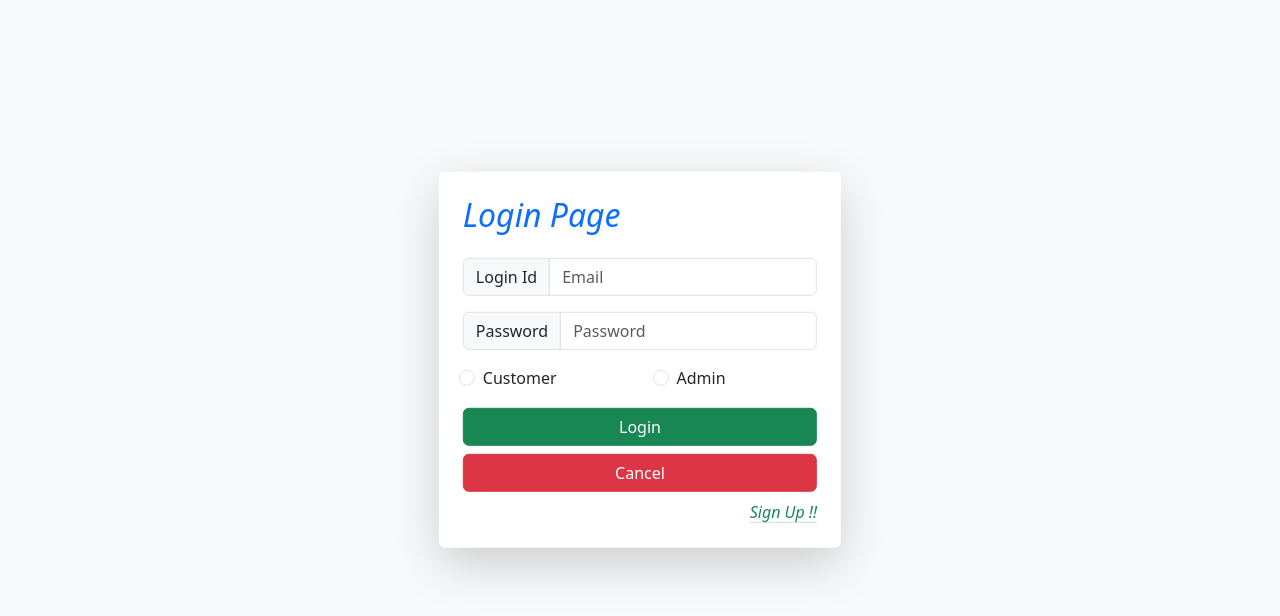
Repository: Niket-mishra/Dummy
Page: http://localhost/Mini-Project/Login.jsp
The author's editor kept a copy of each file at every save. The page is drawn from the files as they stood at one save, then again after the next save.
The browser window is 1280 px wide. The pictures show the whole page.
The page is served by Tomcat 10.

Above is the page before, as saved 2024-05-07 17:06:27.

After the next save:
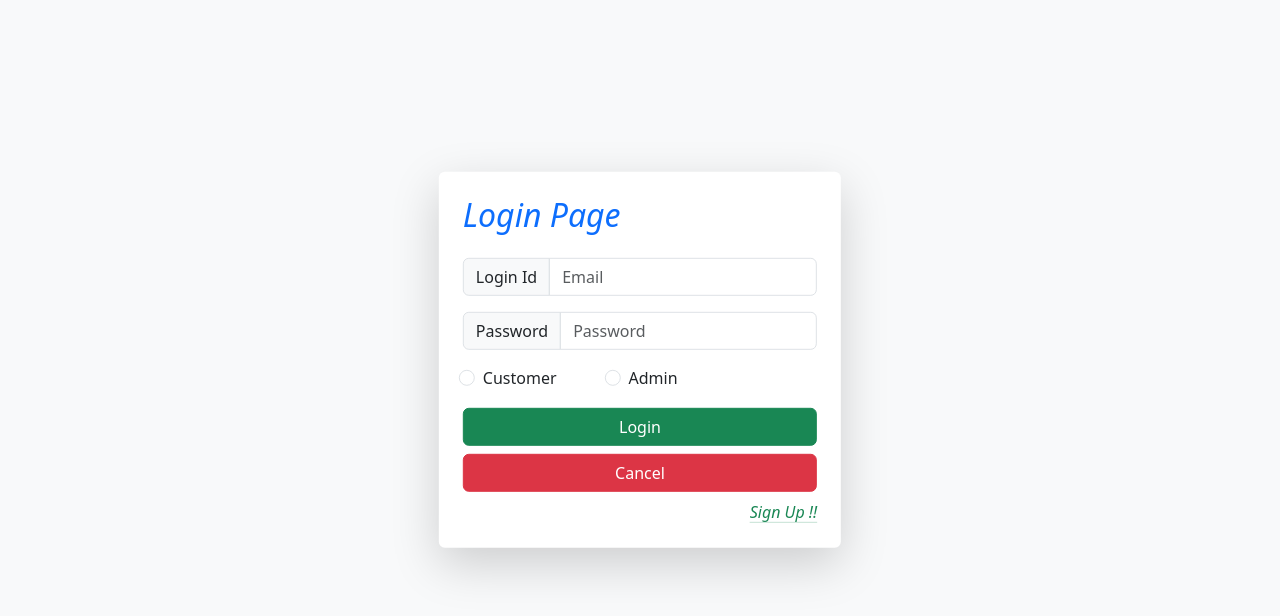
Saved 13 s later.
--- a/Mini-Project/src/main/webapp/Login.jsp
+++ b/Mini-Project/src/main/webapp/Login.jsp
@@ -26,7 +26,7 @@
     <input type="radio" class="form-check-input" id="validationFormCheck2" name="usertype" required>
     <label class="form-check-label" for="validationFormCheck2">Customer</label>
   </div>
-  <div class="form-check col-auto ms-5">
+  <div class="form-check col-auto ms-6">
     <input type="radio" class="form-check-input" id="validationFormCheck3" name="usertype" required>
     <label class="form-check-label" for="validationFormCheck3">Admin</label>
     <div class="invalid-feedback">Select anyone to Login</div>

After the save that followed:
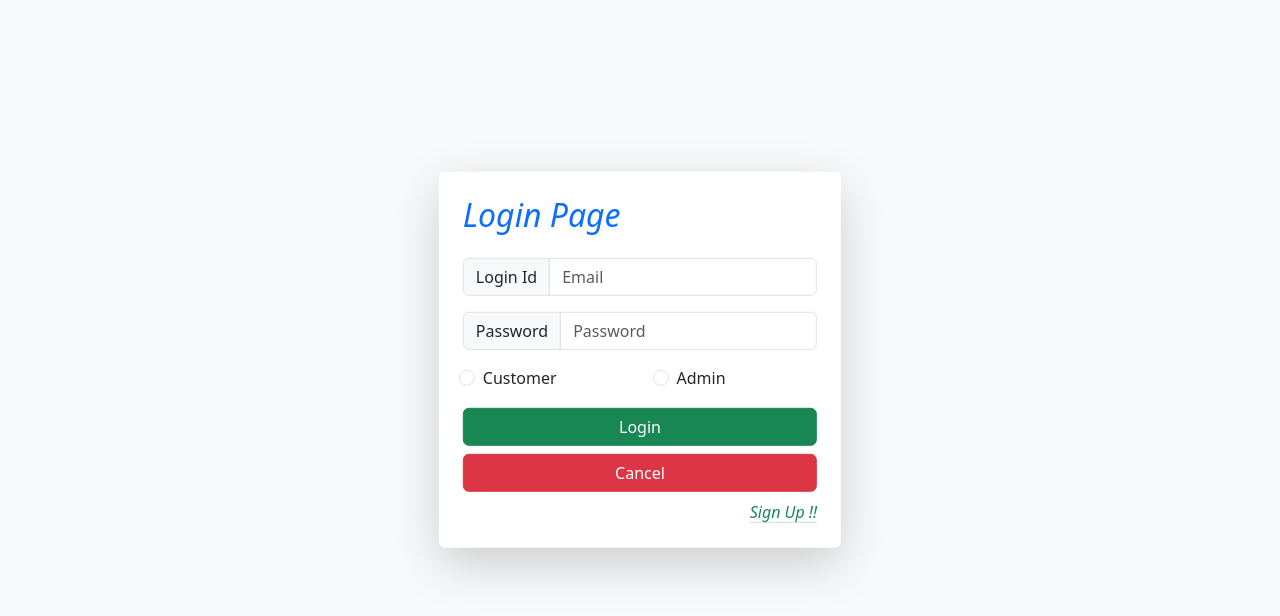
Saved 9 s later.
--- a/Mini-Project/src/main/webapp/Login.jsp
+++ b/Mini-Project/src/main/webapp/Login.jsp
@@ -26,7 +26,7 @@
     <input type="radio" class="form-check-input" id="validationFormCheck2" name="usertype" required>
     <label class="form-check-label" for="validationFormCheck2">Customer</label>
   </div>
-  <div class="form-check col-auto ms-6">
+  <div class="form-check col-auto ms-5">
     <input type="radio" class="form-check-input" id="validationFormCheck3" name="usertype" required>
     <label class="form-check-label" for="validationFormCheck3">Admin</label>
     <div class="invalid-feedback">Select anyone to Login</div>
